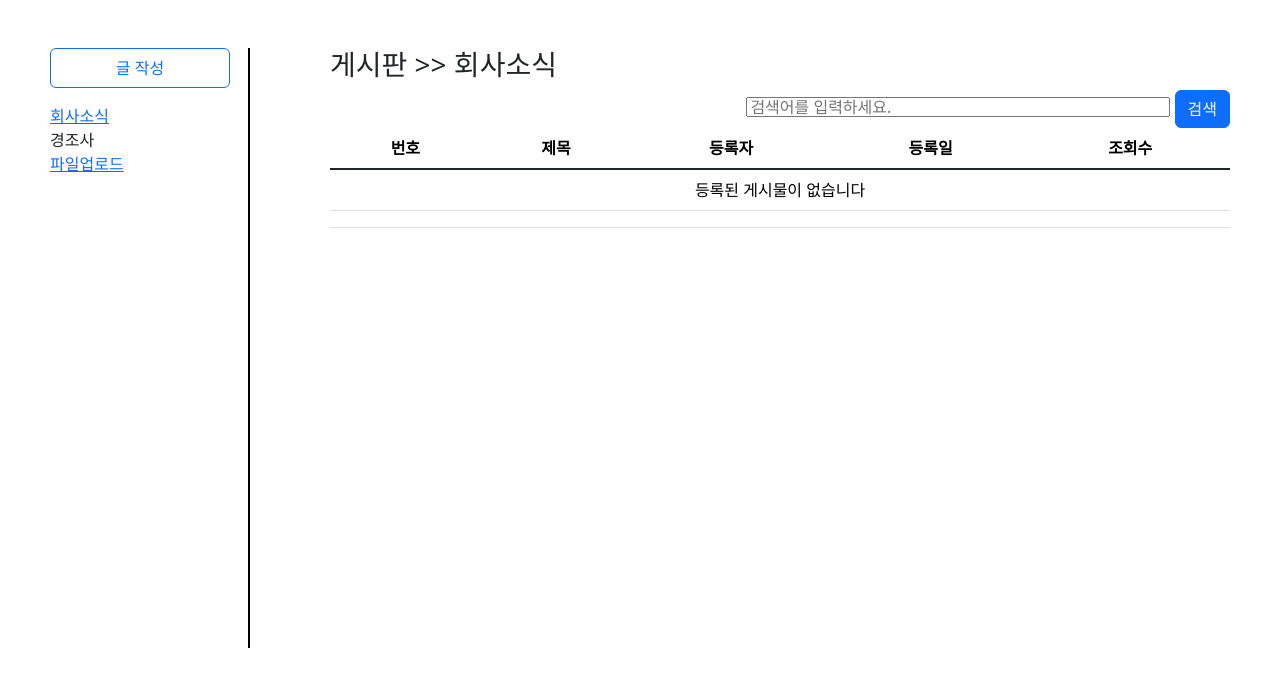
Repository: KimDongGyuu/final
Page: http://localhost/aceworks/WEB-INF/views/company_news/company_news_List.jsp
The author's editor kept a copy of each file at every save. The page is drawn from the files as they stood at one save, then again after a run of saves.
The browser window is 1280 px wide. The pictures show the whole page.
The page is served by Tomcat 9. Nobody is signed in. Other server files are loaded and not shown. The template is opened directly, without the code that normally fills it, so the values that code supplies are empty.

Above is the page before, as saved 2024-03-17 03:58:33.

### aceworks/src/main/webapp/WEB-INF/views/company_news/company_news_List.jsp
<%@ page language="java" contentType="text/html; charset=UTF-8"
	pageEncoding="UTF-8"%>
<%@ include file="/WEB-INF/views/include/style.jsp"%>
<%@ taglib uri="http://java.sun.com/jsp/jstl/core" prefix="c"%>
<!DOCTYPE html>
<html>
<head>
<meta charset="UTF-8">
<title>Insert title here</title>
<style>
#left {
	width: 200px;
	height: 600px;
	float: left;
	border-right: 2px solid black;
	margin-left: 50px;
}

#right {
	width: 900px;
	height: 600px;
	margin-left: 330px;
}

#bt {
	width: 180px;
	height: 40px;
}


h3 {
	text-align: center;
}
</style>
</head>
<body>


	<div>
		<div id="left">
			<button id="bt" type="button" class="btn btn-outline-primary"
				onclick="location.href='company_news_Writeform.do';">글 작성</button>
<div class="mt-3"><a href="company_news_List.do">회사소식</a> <br> 경조사 <br><a href="fileUploadForm.do">파일업로드</a></div>
		</div>
		<div id="right">
		<div class="mt-5 mb-2"><span class="h3">게시판 &gt;&gt; 회사소식</span></div>
<div class="mt-2 d-flex gap-2 justify-content-end">
    <form action="company_newsSearch.do">
        <input type="text" id="searchKeyword" name="keyword" placeholder="검색어를 입력하세요." size="40" style="height: 20px;">
        <button id="Sbt" type="submit" class="btn btn btn-primary">검색</button>
    </form>
</div>
			<table width="1000" cellspacing="0" class="table table-hover">
				<thead>
					<tr align="center">
						<th scope="col">번호</th>
						<th scope="col">제목</th>
						<th scope="col">등록자</th>
						<th scope="col">등록일</th>
						<th scope="col">조회수</th>
					</tr>
				</thead>

				<tbody class="table-group-divider">
					<c:if test="${empty lists }">
						<tr>
							<td colspan="5" align="center">등록된 게시물이 없습니다</td>
						</tr>
					</c:if>

					<c:forEach var="dto" items="${lists }">
						<tr class="text-center">
							<th scope="row">${dto.news_idx }</th>
							<c:url var="company_newsContentUrl"
								value="company_news_Content.do">
								<c:param name="news_idx">${dto.news_idx }</c:param>
							</c:url>
							<td><a href="${company_newsContentUrl }">${dto.news_title }</a></td>
							<td>${dto.news_writer }</td>
							<td>${dto.news_writedate }</td>
							<td>${dto.news_readnum }</td>
						</tr>
					</c:forEach>
				</tbody>

				<tfoot>
					<tr>
						<td colspan="5" align="center">${pageStr }</td>
					</tr>
				</tfoot>
			</table>
		</div>
	</div>
</body>
</html>

### aceworks/src/main/webapp/WEB-INF/views/include/style.jsp
<%@ page language="java" contentType="text/html; charset=UTF-8"
    pageEncoding="UTF-8"%>
<!DOCTYPE html>
<html>
<head>
<meta charset="UTF-8">
<title>Insert title here</title>
<link
   href="https://cdn.jsdelivr.net/npm/bootstrap@5.3.3/dist/css/bootstrap.min.css"
   rel="stylesheet"
   integrity="sha384-QWTKZyjpPEjISv5WaRU9OFeRpok6YctnYmDr5pNlyT2bRjXh0JMhjY6hW+ALEwIH"
   crossorigin="anonymous">
<script
   src="https://cdn.jsdelivr.net/npm/bootstrap@5.3.3/dist/js/bootstrap.bundle.min.js"
   integrity="sha384-YvpcrYf0tY3lHB60NNkmXc5s9fDVZLESaAA55NDzOxhy9GkcIdslK1eN7N6jIeHz"
   crossorigin="anonymous"></script>
<script
   src="https://cdn.jsdelivr.net/npm/@popperjs/core@2.11.8/dist/umd/popper.min.js"
   integrity="sha384-I7E8VVD/ismYTF4hNIPjVp/Zjvgyol6VFvRkX/vR+Vc4jQkC+hVqc2pM8ODewa9r"
   crossorigin="anonymous"></script>
<script
   src="https://cdn.jsdelivr.net/npm/bootstrap@5.3.3/dist/js/bootstrap.min.js"
   integrity="sha384-0pUGZvbkm6XF6gxjEnlmuGrJXVbNuzT9qBBavbLwCsOGabYfZo0T0to5eqruptLy"
   crossorigin="anonymous"></script>
</head>
<body>

</body>
</html>

After the next 2 saves:
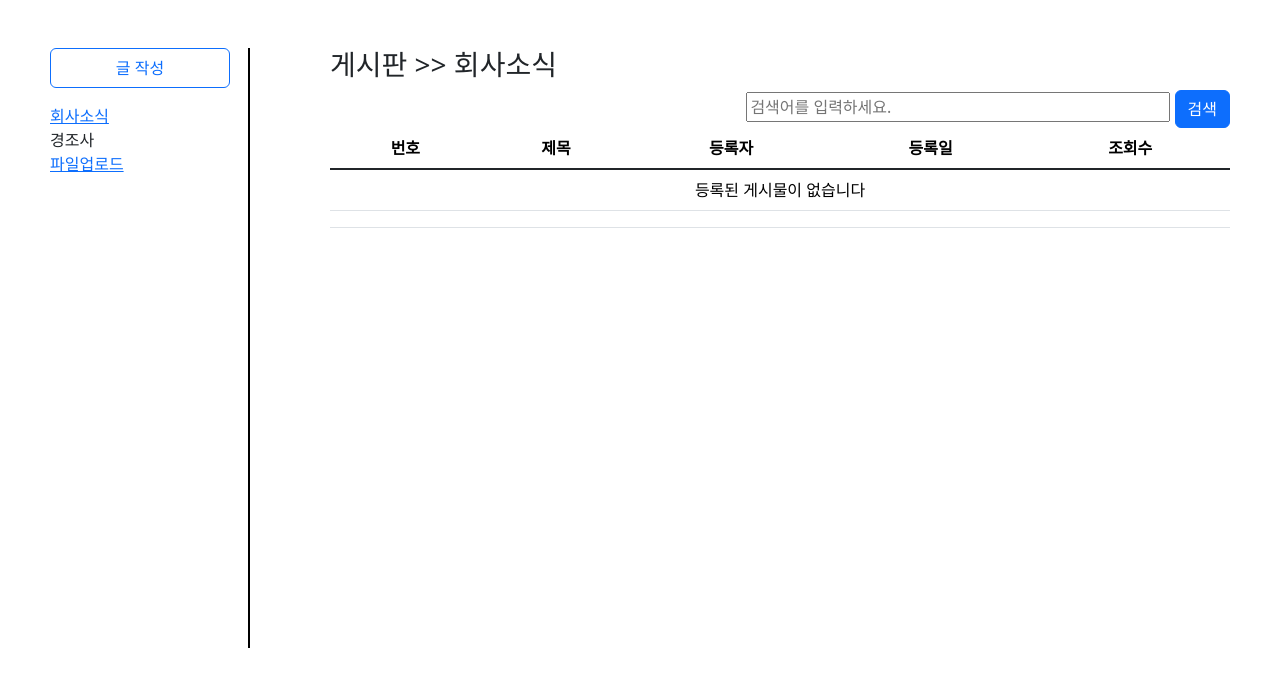
The 2 saves are shown as one change because they came seconds apart.
The last was saved 12 s later.
--- a/aceworks/src/main/webapp/WEB-INF/views/company_news/company_news_List.jsp
+++ b/aceworks/src/main/webapp/WEB-INF/views/company_news/company_news_List.jsp
@@ -46,7 +46,7 @@ h3 {
 		<div class="mt-5 mb-2"><span class="h3">게시판 &gt;&gt; 회사소식</span></div>
 <div class="mt-2 d-flex gap-2 justify-content-end">
     <form action="company_newsSearch.do">
-        <input type="text" id="searchKeyword" name="keyword" placeholder="검색어를 입력하세요." size="40" style="height: 20px;">
+        <input type="text" id="searchKeyword" name="keyword" placeholder="검색어를 입력하세요." size="40" style="height: 30px;">
         <button id="Sbt" type="submit" class="btn btn btn-primary">검색</button>
     </form>
 </div>
